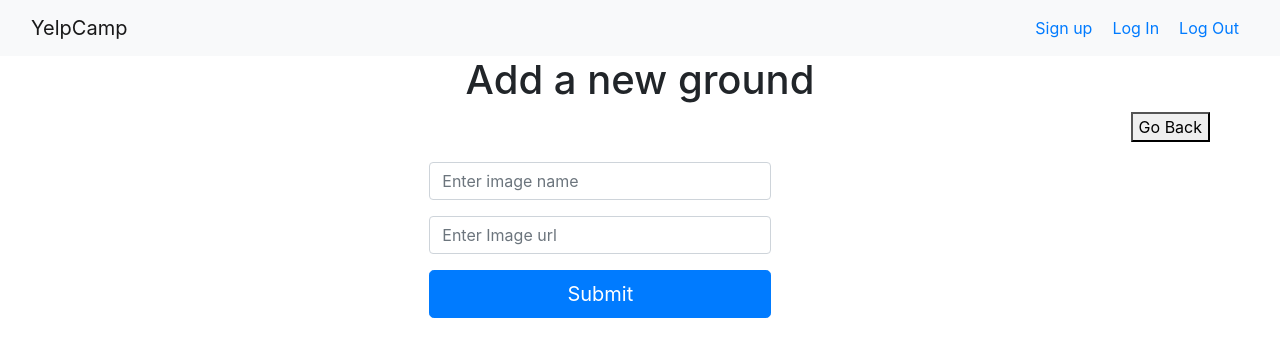
Repository: N-Verma/Webdev-Backend-
Page: http://localhost/campgrounds/new
The author's editor kept a record of every edit. The page is drawn from the files as they stood at one moment, then again after the next edit.
The browser window is 1280 px wide. The pictures show the whole page.
The page is served by the project's Node server (YelpCamp/v2/app.js).

Above is the page before.

### Web dev (backend)/environment/YelpCamp/v2/views/new.ejs
<%include partials/header%>
<div class="container">
    <h1 style="text-align:center;">Add a new ground</h1>
    <div class="row">
        <div style = "width:30%; margin:50px auto;">
            <form action="/campgrounds" method="POST">

                <div class="form-group">
                    <input class="form-control"type="text" name="name" placeholder="Enter image name">
                </div>
                <div class="form-group">
                    <input class="form-control"type="text" name="img" placeholder="Enter Image url">
                </div>
                <div class="form-group">
                    <button class="btn btn-lg btn-primary btn-block">Submit</button>
                </div>

            </form>
        </div>
        <a href="/campgrounds"><button>Go Back</button></a>
    </div>
</div>

<%include partials/footer%>

### Web dev (backend)/environment/YelpCamp/v2/views/partials/header.ejs
 <!DOCTYPE html>
 <html>
     <head>
         <title>YelpCamp</title>
         <link href="https://stackpath.bootstrapcdn.com/bootstrap/4.3.1/css/bootstrap.min.css" rel="stylesheet">
         <style>
             .navbar-nav > li{
                  padding-left:10px;
                  padding-right:10px;
            }
            image{
                margin-left:20px;
                margin-right:20px;
            }
         </style>
    </head>
    <body>
    <nav class="navbar navbar-expand-lg navbar-light bg-light">
        <div class="container-fluid">
            <div class="navbar-header">
                <a class="navbar-brand" href="/">YelpCamp</a>
            </div>
            <div class="collapse navbar-collapse">
                <ul class="nav navbar-nav ml-auto">
                    <li><a href="/">Sign up</a></li>
                    <li><a href="/">Log In</a></li>
                    <li><a href="/">Log Out</a></li>
                </ul>
            </div>
        </div>
    </nav>

### Web dev (backend)/environment/YelpCamp/v2/views/partials/footer.ejs

    </body>
 </html>

### Web dev (backend)/environment/YelpCamp/v2/app.js
var express = require("express");
var app  = express();
var bodyParser = require("body-parser");
var mongoose = require("mongoose");

mongoose.connect('mongodb://localhost:27017/yourDatabase', { useNewUrlParser: true });


//schema setup
var campgroundSchema = new mongoose.Schema({
    name: String,
    image: String,
    description: String
});

var Campground = mongoose.model("Campground", campgroundSchema);

//Campground.create(
//    {
//        name: "LongCamp",
//        image:"https://s-ec.bstatic.com/images/hotel/max1024x768/121/121021906.jpg",
//        description:"This is a very long camp, stretching miles across the ocean. It has zero contact with the outside world"
//    },
//    function(err,campground){
//        if(err){
//            console.log(err);
//        } else{
//            console.log(campground);
//        }
//    }
//
//);


app.use(bodyParser.urlencoded({extended: true}));
app.set("view engine","ejs");

app.get("/", function(req,res){
   res.render("landing");
});

app.get("/campgrounds", function(req,res){
    Campground.find({},function(err, allCampgrounds){
        if(err){
            console.log(err);
        } else{
            res.render("index",{campgrounds: allCampgrounds});
        }
    });

});

app.get("/campgrounds/new",function(req, res) {
   res.render("new");
});

app.post("/campgrounds",function(req,res){
    var name = req.body.name;
    var image = req.body.img;
    var desc = req.body.description;
    var newCampground = {name:name, image:image, description:desc};
    Campground.create(newCampground,function(err,newlycreated){
        if(err){
            console.log(err);
        } else{
            res.redirect("/campgrounds");
        }
    })
});

app.get("/campgrounds/:id", function(req, res) {
    Campground.findById(req.params.id, function(err,foundCampground){
        if(err){
            console.log(err)
        } else{
            res.render("show", {campground: foundCampground});
        }
    });

})

app.listen(process.env.PORT,process.env.IP, function(){
   console.log("Yelpcamp started");
});

After the next edit:
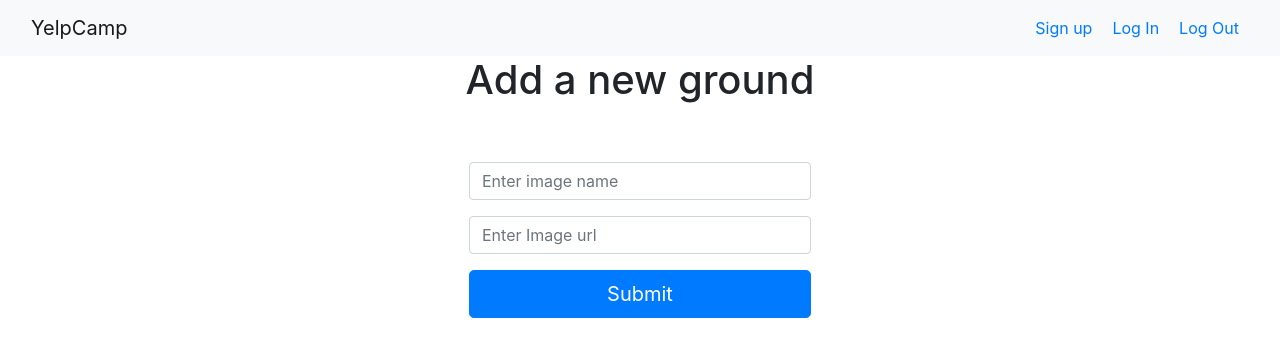
The edit:
--- a/Web dev (backend)/environment/YelpCamp/v2/views/new.ejs
+++ b/Web dev (backend)/environment/YelpCamp/v2/views/new.ejs
@@ -17,8 +17,8 @@
 
             </form>
         </div>
-        <a href="/campgrounds"><button>Go Back</button></a>
     </div>
+
 </div>
 
 <%include partials/footer%>
